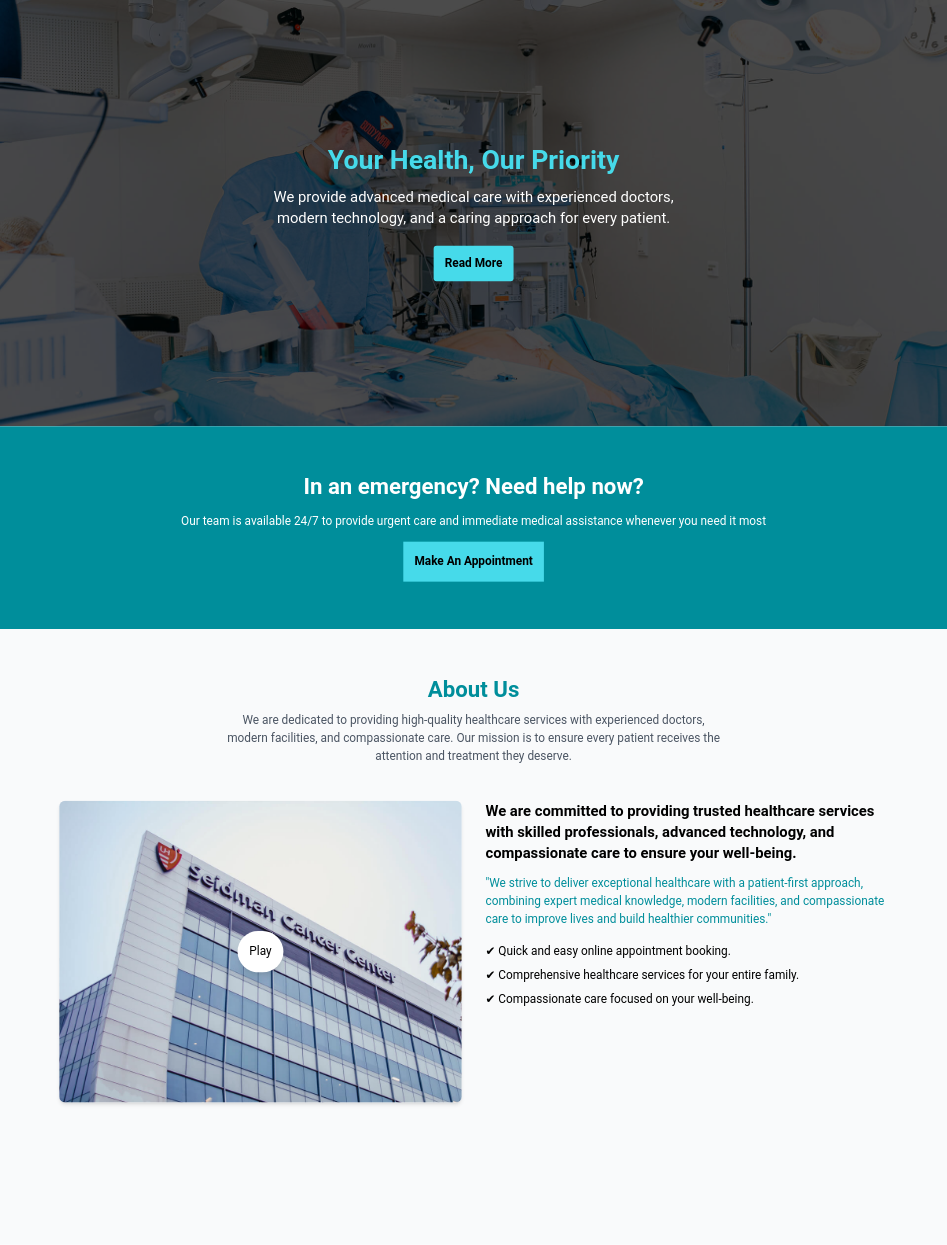
Repository: ahmedkhaleddev02-del/DoctorAppointment-MERN
Page: / (app in frontend/frontend/)
The author's editor kept a copy of each file at every save. The page is drawn from the files as they stood at one save, then again after the next save.
The browser window is 1280 px wide. The pictures show the whole page, at 74% of full size.
The page's requests for data from a server got no answer. The project was rebuilt for these pictures with package versions that can differ from the ones it lists, and the page was loaded fresh each time. No one was signed in, and anything a server would have sent is missing.

Above is the page before, as saved 2025-07-27 22:29:27.

After the next save:
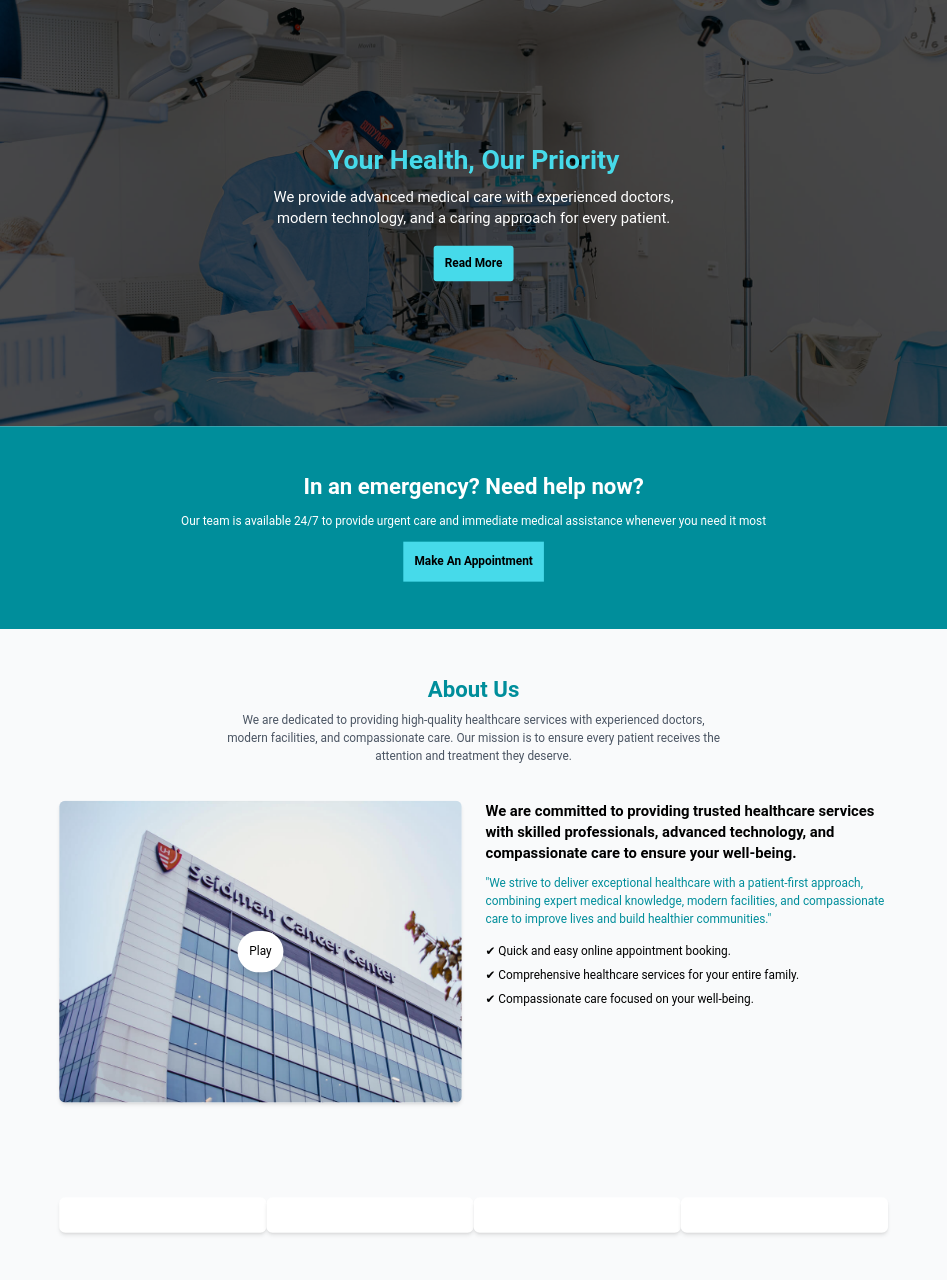
Saved 2 min 26 s later.
--- a/frontend/frontend/src/components/Stats.jsx
+++ b/frontend/frontend/src/components/Stats.jsx
@@ -59,7 +59,14 @@
         <div className='max-w-6xl mx-auto px-4'>
             <div className='grid lg:grid-cols-4 md:grid-cols-2 sm:grid-cols-1'>
 
+                {stats.map((item,index)=> (
+                    <div className="flex items-center justify-start space-x-4 bg-white shadow-md rounded-lg p-6 hover:shadow-lg transition" key={index}>
 
+                        <i className={`${item.icon} text-[#46daea] text-4xl`}></i>
+
+
+                    </div>
+                ))}
 
             </div>
         </div>
